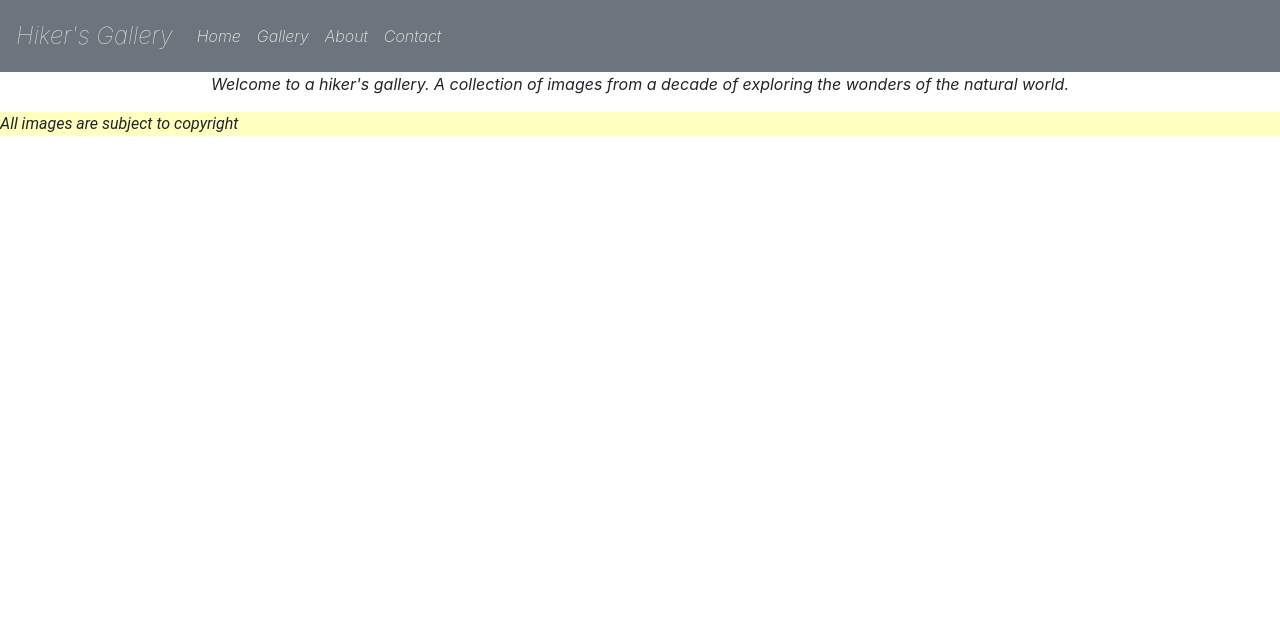
Repository: S-Perring/hiker
Page: index.html
The author's editor kept a record of every edit. The page is drawn from the files as they stood at one moment, then again after the next edit.
The browser window is 1280 px wide. The pictures show the whole page.

Above is the page before.

After the next edit:
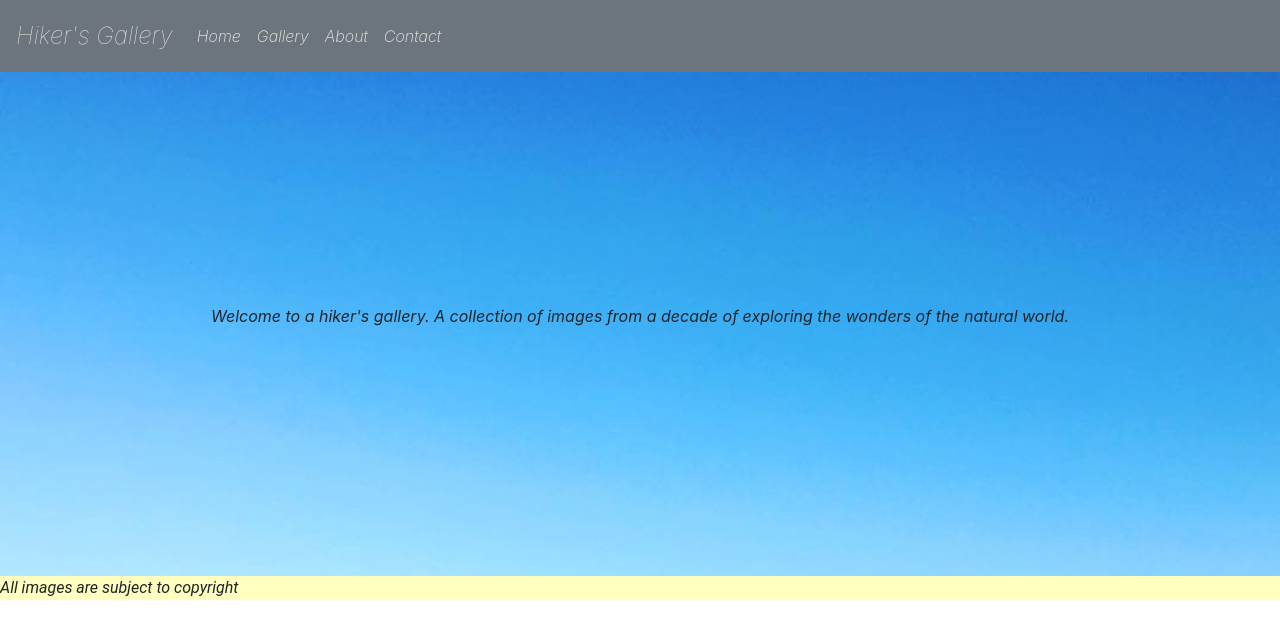
The edit:
--- a/index.html
+++ b/index.html
@@ -27,7 +27,8 @@
 </header>
 
 <section>
-    <div class="container-fluid">
+    <div class="main-pic">
+
         <div class="Greeting">
             <p>Welcome to a hiker's gallery. A collection of images from a decade of exploring the wonders of the natural world.</p>
         </div>
